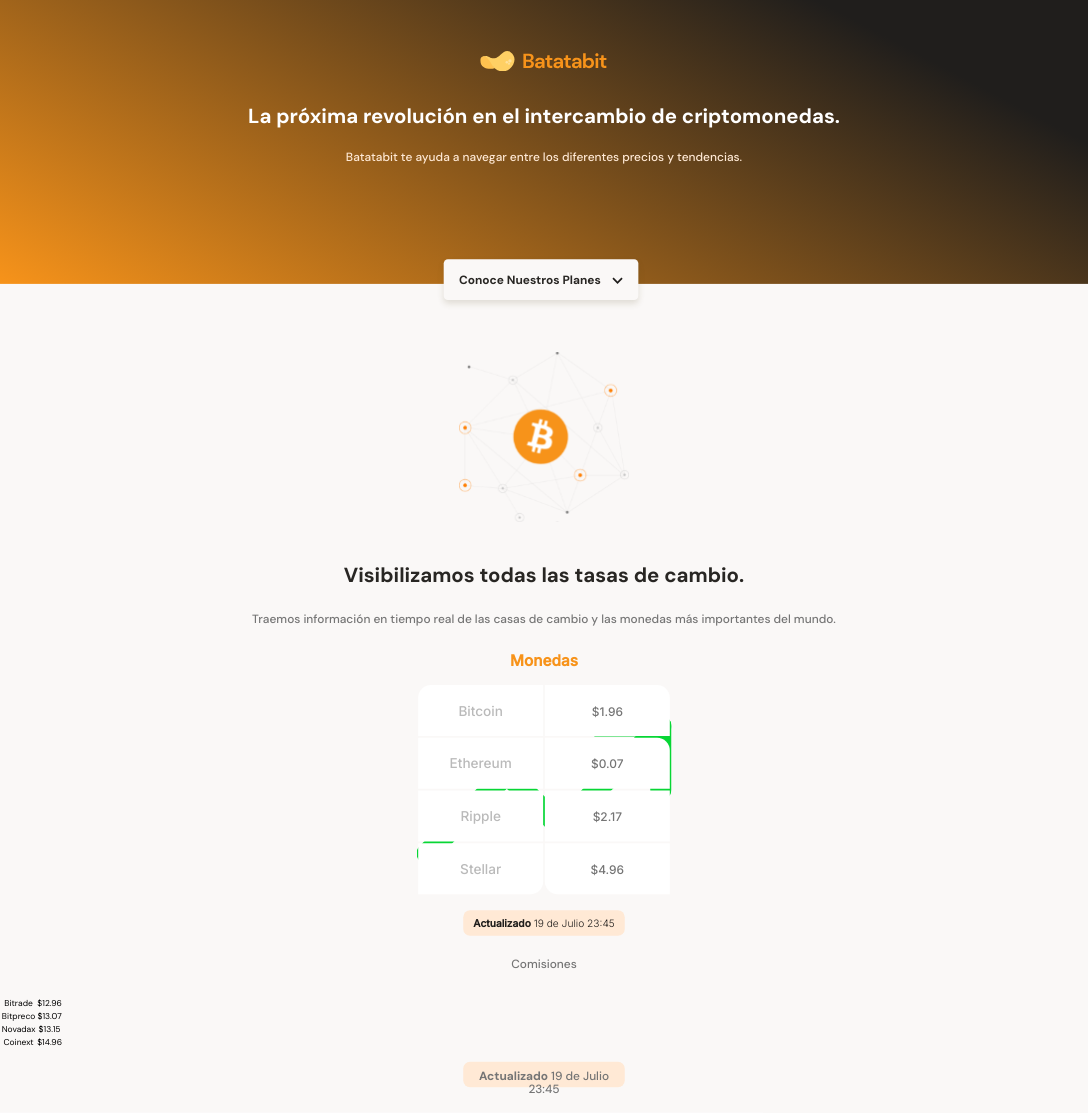
Repository: ChristianGecchelin/spa-full-css-html
Page: index.html
The author's editor kept a copy of each file at every save. The page is drawn from the files as they stood at one save, then again after the next save.
The browser window is 1280 px wide. The pictures show the whole page, at 85% of full size.

Above is the page before, as saved 2021-11-29 18:28:31.

### index.html
<!DOCTYPE html>
<html lang="en">
  <head>
    <meta charset="UTF-8" />
    <meta http-equiv="X-UA-Compatible" content="IE=edge" />
    <meta name="viewport" content="width=device-width, initial-scale=1.0" />
    <title></title>
    <link rel="preconnect" href="https://fonts.googleapis.com" />
    <link rel="preconnect" href="https://fonts.gstatic.com" crossorigin />
    <link
      href="https://fonts.googleapis.com/css2?family=DM+Sans:wght@400;500;700&family=Inter:wght@300;500&display=swap"
      rel="stylesheet"
    />
    <link rel="stylesheet" href="./styles/styles.css" />
  </head>
  <!-- shift+alt+A para comentar -->
  <body>
    <header>
      <!-- Las etiquetas principales no necesitan ponerle clase porque solo hay una en el archivo -->
      <img src="./assets/img/logo.svg" alt="logo" />
      <div class="header--title-container">
        <h1>La próxima revolución en el intercambio de criptomonedas.</h1>
        <p>
          Batatabit te ayuda a navegar entre los diferentes precios y
          tendencias.
        </p>
        <a class="header--button" href=""
          >Conoce Nuestros Planes <span></span
        ></a>
      </div>
    </header>
    <main>
      <section class="main-exchange-container">
        <div class="backgroundImg"></div>
        <div class="main-exchange-container--title">
          <h2>Visibilizamos todas las tasas de cambio.</h2>
          <p>
            Traemos información en tiempo real de las casas de cambio y las
            monedas más importantes del mundo.
          </p>
        </div>
        <section class="main-tables-container">
          <!-- creo otra seccion porque tengo mucha información para mostrar -->
          <div class="main-currency-table">
            <p class="currency-table--title">Monedas</p>
            <div class="currency-table--container">
              <table>
                <tr>
                  <!-- table row --><!-- table data, info de la tabla -->
                  <td class="table__top-left">Bitcoin</td>
                  <td class="table__top-right table__right">
                    $1.96 <span class="down"></span>
                  </td>
                </tr>
                <tr>
                  <td>Ethereum</td>
                  <td class="table__top-right table__right">
                    $0.07 <span class="up"></span>
                  </td>
                </tr>
                <tr>
                  <td>Ripple</td>
                  <td class="table__right">$2.17 <span class="down"></span></td>
                </tr>
                <tr>
                  <td class="table__bottom-left">Stellar</td>
                  <td class="table__bottom-right table__right">
                    $4.96 <span class="down"></span>
                  </td>
                </tr>
              </table>
            </div>
            <div class="currency-table--date">
              <p><b>Actualizado</b> 19 de Julio 23:45</p>
            </div>
          </div>
          <div class="main-comissions-table">
            <p class="comissions-table--title">Comisiones</p>
            <div class="comissions-table--container">
              <table>
                <tr>
                  <!-- table row --><!-- table data, info de la tabla -->
                  <td class="table__top-left">Bitrade</td>
                  <td class="table__top-right table__right">$12.96</td>
                </tr>
                <tr>
                  <td>Bitpreco</td>
                  <td class="table__top-right table__right">$13.07</td>
                </tr>
                <tr>
                  <td>Novadax</td>
                  <td class="table__right">$13.15</td>
                </tr>
                <tr>
                  <td class="table__bottom-left">Coinext</td>
                  <td class="table__bottom-right table__right">$14.96</td>
                </tr>
              </table>
            </div>
            <div class="comissions-table--date">
              <p><b>Actualizado</b> 19 de Julio 23:45</p>
            </div>
          </div>
        </section>
      </section>
      <section></section>
      <section></section>
      <section></section>
    </main>
    <footer></footer>
  </body>
</html>

### styles/styles.css
/* shift+alt+A para comentar */
/*  1° estilos relacionados a posicionamiento
    2° Modelo de caja (box model width height lo que da dimensión)
    3° Tipografías
    4° Visuales (sombras)
    5° Otros */
:root {
  /* colores (creo variables para no andar buscando los codigos */
  --bitcoin-orange: #f7931a;
  --soft-orange: #ffe9d5;
  --secondary-blue: #1a9af7;
  --soft-blue: #e7f5ff;
  --warm-black: #201e1c;
  --black: #282623;
  --grey: #bababa;
  --off-white: #faf8f7;
  --just-white: #fff;
}
* {
  box-sizing: border-box;
  margin: 0;
  padding: 0;
}
html {
  font-size: 62.5%;
  font-family: "DM Sans", sans-serif;
}
header {
  position: relative;
  display: flex;
  flex-direction: column;
  justify-content: center;
  width: 100%;
  min-width: 320px; /* dimensión más chica en moviles */
  height: 334px;
  text-align: center;
  background: linear-gradient(
    207.8deg,
    #201e1c 16.69%,
    #f7931a 100%
  ); /* el fondo con gradiente */
}
header img {
  width: 150px;
  height: 24px;
  margin-top: 60px;
  align-self: center; /* alineo al hijo (el padre debe tener flex) este caso es alineado horizontal porque el flex-direction es column */
}
.header--title-container {
  width: 90%; /* ocupa el 90% entre 288 y 900px */
  min-width: 288px;
  max-width: 900px;
  height: 218px;
  margin-top: 40px;
  text-align: center;
  align-self: center; /* centro el contenedor */
}
.header--title-container h1 {
  font-size: 2.4rem;
  font-weight: 700;
  line-height: 2.6rem;
  color: var(
    --just-white
  ); /* llamo la variable que cree en root para los colores */
}
.header--title-container p {
  margin-top: 25px;
  font-size: 1.4rem;
  font-weight: 500;
  line-height: 1.8rem;
  color: var(--soft-orange);
}
.header--title-container .header--button {
  position: absolute;
  top: 270px;
  left: calc(
    50% - 118px
  ); /* es importante dejar espacios entre el signo menos y los valores */
  display: block;
  margin-top: 35px;
  padding: 15px;
  width: 229px;
  height: 48px;
  background-color: var(--off-white);
  font-size: 1.4rem;
  font-weight: 700;
  text-decoration: none;
  color: var(--black);
  /* sombras */
  box-shadow: 0px 4px 8px rgba(89, 73, 30, 0.16);
  border: none;
  border-radius: 5px;
}
.header--button span {
  display: inline-block;
  width: 13px;
  height: 8px;
  margin-left: 10px;
  background-image: url(../assets/icons/down-arrow.svg);
}
main {
  width: 100%;
  height: auto;
  background-color: var(--off-white);
  min-width: 320px;
}
.main-exchange-container {
  width: 100%;
  height: auto;
  padding-top: 80px;
  padding-bottom: 30px;
  text-align: center;
}
.main-exchange-container--title {
  width: 90%;
  min-width: 288px;
  max-width: 900px;
  margin: 0 auto;
}
.main-exchange-container .backgroundImg {
  /* le tengo que dar dimensiones porque en el html la imagen no existe */
  width: 200px;
  height: 200px;
  margin: 0 auto;
  margin-bottom: 50px;
  background-image: url(../assets/img/Bitcoin.svg);
  background-size: cover;
  background-position: center;
  background-repeat: no-repeat; /* con estas propiedades de background garantizo que la imagen siempre va a estar centrada y que ocupe el espacio correcto */
}
.main-exchange-container h2 {
  margin-bottom: 30px;
  font-size: 2.4rem;
  font-weight: 700;
  line-height: 2.6rem;
  color: var(--black);
}
.main-exchange-container p {
  margin-bottom: 30px;
  font-size: 1.4rem;
  font-weight: 500;
  line-height: 1.6rem;
  color: #757575;
}
.main-currency-table {
  width: 70%;
  min-width: 235px;
  max-width: 500px;
  height: 360px;
  margin: 0 auto;
  font-family: "inter", "sans-serif";
}
.main-currency-table .currency-table--title {
  margin-bottom: 15px;
  font-size: 1.8rem;
  font-weight: bold;
  line-height: 2.3rem;
  color: var(--bitcoin-orange);
}
.main-currency-table .currency-table--container {
  width: 90%;
  min-width: 230px;
  max-width: 300px;
  height: 250px;
  margin: 0 auto;
}
.currency-table--container table {
  width: 100%;
  height: 100%;
}
.currency-table--container td {
  width: 50%;
  font-size: 1.6rem;
  font-weight: 500;
  line-height: 1.9rem;
  color: var(--grey);
  background-color: var(--just-white);
}
.currency-table--container .table__top-left {
  border-radius: 15px 0 0 0;
}
.currency-table--container .table__top-right {
  border-radius: 0 15px 0 0;
}
.currency-table--container .table__bottom-left {
  border-radius: 0 0 15px 0;
}
.currency-table--container .table__bottom-right {
  border-radius: 0 0 0 15px;
}
.currency-table--container .table__right {
  font-size: 1.4rem;
  font-weight: normal;
  line-height: 1.7rem;
  color: #757575;
}
.currency-table--container,
.main-comissions-table .down {
  display: inline-block;
  width: 15px;
  height: 15px;
  margin-left: 10px;
  background-image: url(../assets/icons/trending-down.svg);
  background-size: cover;
  background-position: center;
  background-repeat: no-repeat;
}
.currency-table--container,
.main-comissions-table .up {
  display: inline-block;
  width: 15px;
  height: 15px;
  margin-left: 10px;
  background-image: url(../assets/icons/trending-up.svg);
  background-size: cover;
  background-position: center;
  background-repeat: no-repeat;
}
.currency-table--date,
.comissions-table--date {
  width: 190px;
  height: 30px;
  margin: 0 auto;
  margin-top: 15px;
  padding: 8px;
  background-color: var(--soft-orange);
  border-radius: 8px;
}
.currency-table--date p {
  font-size: 1.2rem;
  line-height: 1.5rem;
  color: var(--warm-black);
  font-weight: 300;
}

After the next save:
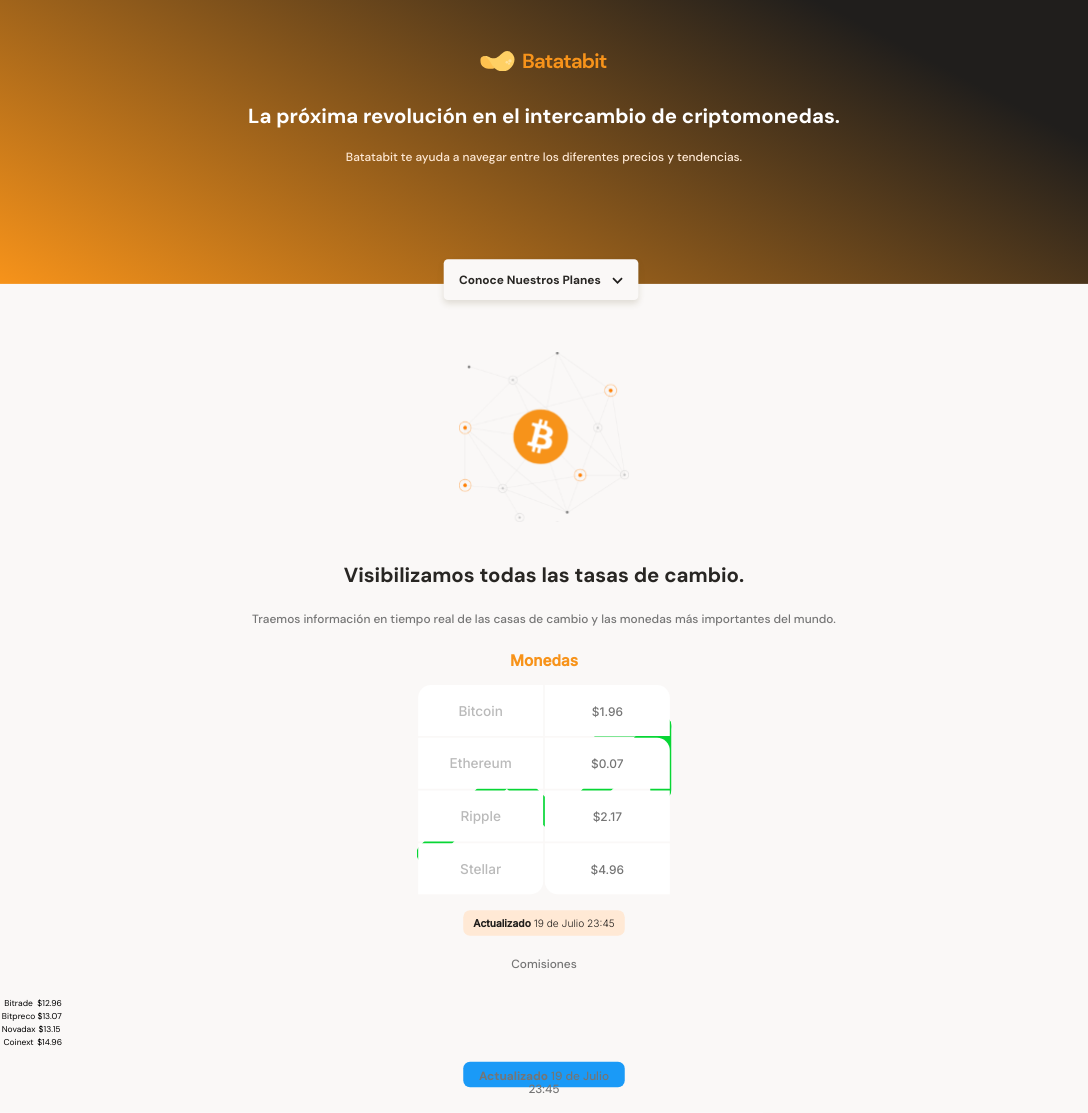
Saved 25 s later.
--- a/styles/styles.css
+++ b/styles/styles.css
@@ -226,6 +226,9 @@
   background-color: var(--soft-orange);
   border-radius: 8px;
 }
+.comissions-table--date {
+  background-color: var(--secondary-blue);
+}
 .currency-table--date p {
   font-size: 1.2rem;
   line-height: 1.5rem;
